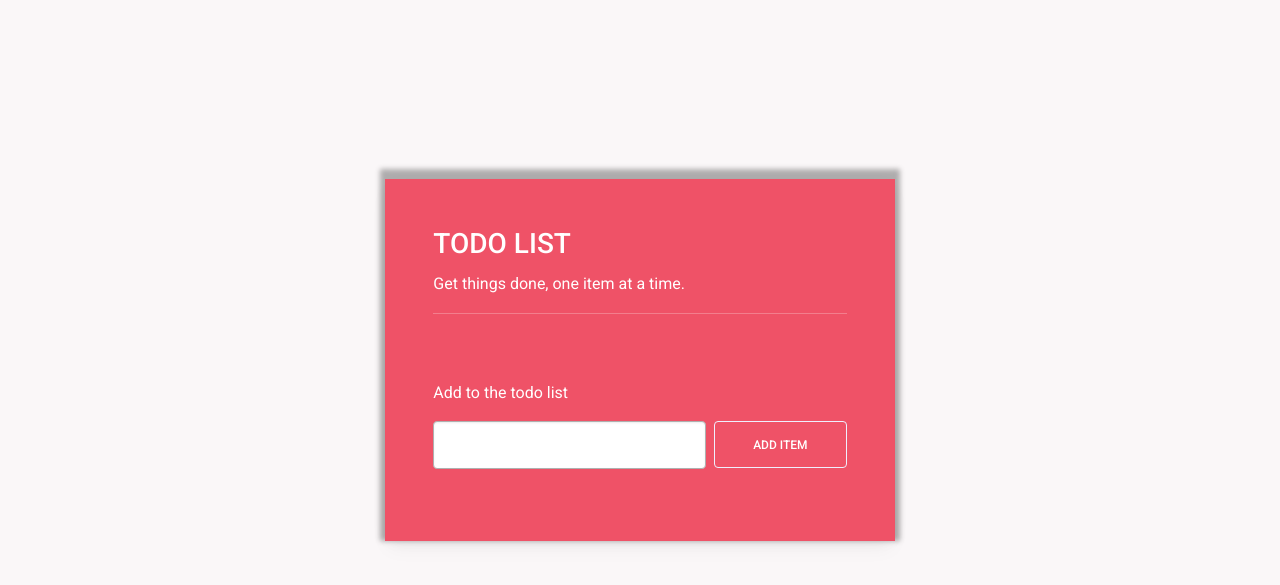
Repository: TinhTT336/MD02_HACKATHON01_HN_JV230620_BS_TranThiTinh_Basic
Page: /
The author's editor kept a copy of each file at every save. The page is drawn from the files as they stood at one save, then again after the next save.
The browser window is 1280 px wide. The pictures show the whole page.
Some web libraries are served in a nearby version. The project was rebuilt for these pictures with package versions that can differ from the ones it lists, and the page was loaded fresh each time. Also part of the build but not shown: vite.config.js, src/App.css.

Above is the page before, as saved 2023-09-05 11:55:24.

### index.html
<!DOCTYPE html>
<html lang="en">
  <head>
    <meta charset="UTF-8" />
    <link rel="icon" type="image/svg+xml" href="/vite.svg" />
    <meta name="viewport" content="width=device-width, initial-scale=1.0" />
    <title>Vite + React</title>
    <link
      href="https://cdnjs.cloudflare.com/ajax/libs/font-awesome/6.0.0/css/all.min.css"
      rel="stylesheet"
    />
    <link
      href="https://fonts.googleapis.com/css?family=Roboto:300,400,500,700&display=swap"
      rel="stylesheet"
    />
    <link
      href="https://cdnjs.cloudflare.com/ajax/libs/mdb-ui-kit/6.2.0/mdb.min.css"
      rel="stylesheet"
    />
  </head>
  <body>
    <div id="root"></div>
    <script type="module" src="/src/main.jsx"></script>
  </body>
</html>

### src/App.jsx
import { useState } from 'react'
import './App.css'
import TodoList from './TodoList/todoList'

function App() {
  const [count, setCount] = useState(0)

  return (
    <>
      <TodoList />
    </>
  )
}

export default App

### src/index.css
/* :root {
  font-family: Inter, system-ui, Avenir, Helvetica, Arial, sans-serif;
  line-height: 1.5;
  font-weight: 400;

  color-scheme: light dark;
  color: rgba(255, 255, 255, 0.87);
  background-color: #242424;

  font-synthesis: none;
  text-rendering: optimizeLegibility;
  -webkit-font-smoothing: antialiased;
  -moz-osx-font-smoothing: grayscale;
  -webkit-text-size-adjust: 100%;
}

a {
  font-weight: 500;
  color: #646cff;
  text-decoration: inherit;
}
a:hover {
  color: #535bf2;
}

body {
  margin: 0;
  display: flex;
  place-items: center;
  min-width: 320px;
  min-height: 100vh;
}

h1 {
  font-size: 3.2em;
  line-height: 1.1;
}

button {
  border-radius: 8px;
  border: 1px solid transparent;
  padding: 0.6em 1.2em;
  font-size: 1em;
  font-weight: 500;
  font-family: inherit;
  background-color: #1a1a1a;
  cursor: pointer;
  transition: border-color 0.25s;
}
button:hover {
  border-color: #646cff;
}
button:focus,
button:focus-visible {
  outline: 4px auto -webkit-focus-ring-color;
}

@media (prefers-color-scheme: light) {
  :root {
    color: #213547;
    background-color: #ffffff;
  }
  a:hover {
    color: #747bff;
  }
  button {
    background-color: #f9f9f9;
  }
} */
body {
  background-color: #faf7f8 !important;
}
.vh-100 {
  width: 50% !important;
  margin: 0 auto !important;
}
.card-body {
  background-color: #ef5267 !important;
  color: #fff !important;
  box-shadow: 0 -5px 5px 5px rgba(0, 0, 0, 0.3);
}
.form-control {
  background-color: #fff !important;
  padding: 10px !important;
  width: 100% !important;
}
.list-group-item {
  background-color: #e88c987f !important;
  color: #fff !important;
}
.fas,
.form-check-input {
  color: #fff !important;
}
.btn-info {
  background-color: #ef5267 !important;
  border: 1px solid #efeffe !important;
  width: 45% !important;
  box-shadow: none !important;
  padding: 13.6px !important;
}

### src/TodoList/todoList.jsx
import React, { useRef, useState } from 'react'

export default function TodoList() {
    const [input, setInput] = useState("");
    const [todos, setTodos] = useState(() => {
        const list = JSON.parse(localStorage.getItem("todos")) || [];
        return list;
    });
    const inputRef = useRef();
    const [idEdit, setIdEdit] = useState(null);
    // ham them submit
    const handleSubmit = (e) => {
        e.preventDefault();
        if (input !== "") {
            const newTodo = {
                id: Date.now(),
                title: input,
                status: false,
            }
            const newList = [...todos, newTodo];
            setTodos(newList);
            localStorage.setItem("todos", JSON.stringify(newList));
            setInput("");
            inputRef.current.focus();
        }
        if (idEdit) {
            const editTodo = todos.find(t => t.id === idEdit);
            const newList = todos.map(t => t.id === editTodo.id ? (t = { ...t, title: input }) : (t = { ...t }));
            setTodos(newList);
            localStorage.setItem("todos", JSON.stringify(newList));
            inputRef.current.focus();
            setIdEdit(null);
            return;
        }

    }
    // ham xoa
    const handleDelete = (id) => {
        const newList = todos.filter(t => t.id !== id);
        setTodos(newList);
        localStorage.setItem("todos", JSON.stringify(newList));
        inputRef.current.focus();
    }
    // ham sua
    const handleEdit = (id) => {
        const todoEdit = todos.find(t => t.id === id);
        setInput(todoEdit.title);
        setIdEdit(id);
        inputRef.current.focus();
    }
    // ham check
    const handleCheck = (id) => {
        const newList = todos.map(t => t.id === id ? (t = { ...t, status: !t.status }) : (t = { ...t }));
        setTodos(newList);
        localStorage.setItem("todos", JSON.stringify(newList));
        inputRef.current.focus();
    }
    return (
        <div>
            <section className="vh-100 gradient-custom">
                <div className="container py-5 h-100">
                    <div
                        className="row d-flex justify-content-center align-items-center
              h-100"
                    >
                        <div className="col col-xl-10">
                            <div className="card">
                                <div className="card-body p-5">
                                    <h3 style={{ marginBottom: 10 }}>
                                        TODO LIST
                                    </h3>
                                    <p>Get things done, one item at a time.</p>
                                    <hr></hr>
                                    {/* Tabs content */}
                                    <div className="tab-content">
                                        <div className="tab-pane fade show active">
                                            <ul className="list-group mb-0">
                                                {todos.map(t => (
                                                    <li key={t.id}
                                                        className="list-group-item d-flex
                                          align-items-center border-0 mb-2
                                          rounded justify-content-between"
                                                        style={{ backgroundColor: "#f4f6f7" }}
                                                    >
                                                        {t.status === true ? (<s>{t.title}</s>) : (<span>{t.title}</span>)}
                                                        <div>
                                                            <input
                                                                className="form-check-input me-2"
                                                                type="checkbox" checked={t.status === true} onChange={() => handleCheck(t.id)}
                                                            />
                                                            <a className="text-info" title="Sửa công việc" onClick={() => handleEdit(t.id)}>
                                                                <i
                                                                    className="fas
                                                      fa-pencil-alt
                                                      me-3"
                                                                />
                                                            </a>
                                                            <a onClick={() => handleDelete(t.id)}
                                                                className="text-danger"
                                                                title="Xóa công việc"
                                                            >
                                                                <i
                                                                    className="fas
                                                      fa-trash-alt"
                                                                />
                                                            </a>
                                                        </div>
                                                    </li>
                                                ))}
                                            </ul>
                                            <div className="tab-content">
                                                <p style={{ marginTop: 50 }}>Add to the todo list</p>
                                                <form onSubmit={handleSubmit}
                                                    className="d-flex justify-content-center
                              align-items-center mb-4"
                                                >
                                                    <div className="form-outline flex-fill">
                                                        <input type="text" id="form2" className="form-control" style={{ border: "1px solid #afafaf" }} value={input} onChange={(e) => setInput(e.target.value)} ref={inputRef} />
                                                        {/* <label className="form-label" htmlFor="form2">
                                                            ADD ITEM
                                                        </label> */}
                                                    </div>
                                                    <button
                                                        type="submit"
                                                        className="btn btn-info
                                  ms-2"
                                                    >
                                                        ADD ITEM
                                                    </button>
                                                </form>
                                            </div>
                                        </div>
                                    </div>
                                    {/* Tabs content */}
                                </div>
                            </div>
                        </div>
                    </div>
                </div>
            </section >

        </div >
    )
}

Loaded but not shown: src/main.jsx (common file)

After the next save:
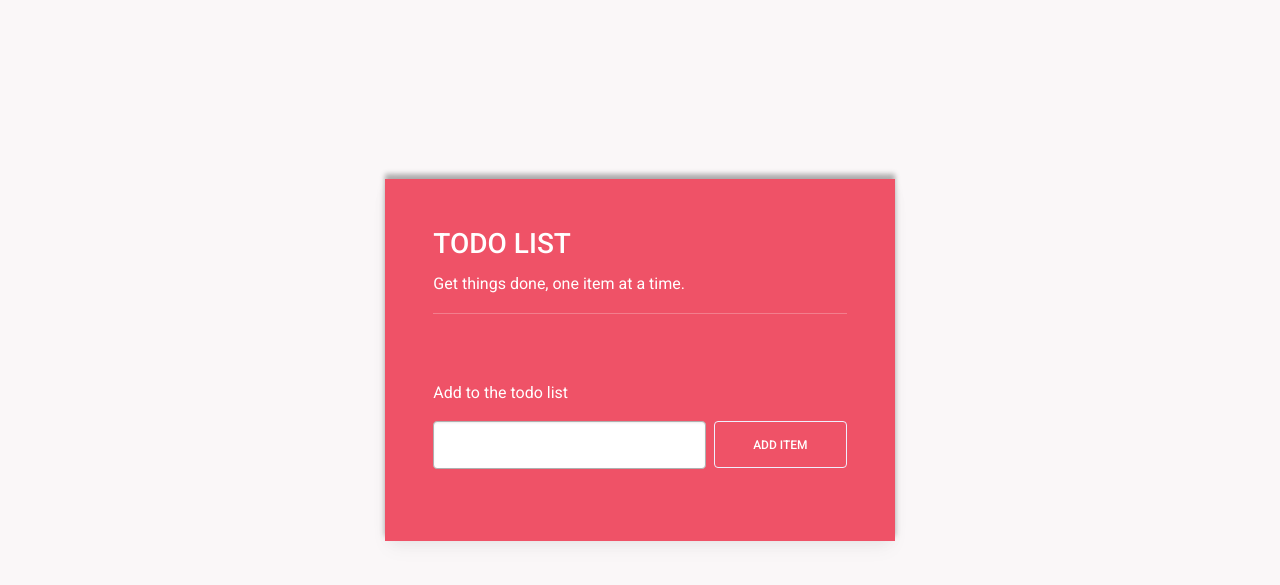
Saved 12 s later.
--- a/src/index.css
+++ b/src/index.css
@@ -77,7 +77,7 @@
 .card-body {
   background-color: #ef5267 !important;
   color: #fff !important;
-  box-shadow: 0 -5px 5px 5px rgba(0, 0, 0, 0.3);
+  box-shadow: 0px -5px 5px 0px rgba(0, 0, 0, 0.3);
 }
 .form-control {
   background-color: #fff !important;

After the save that followed:
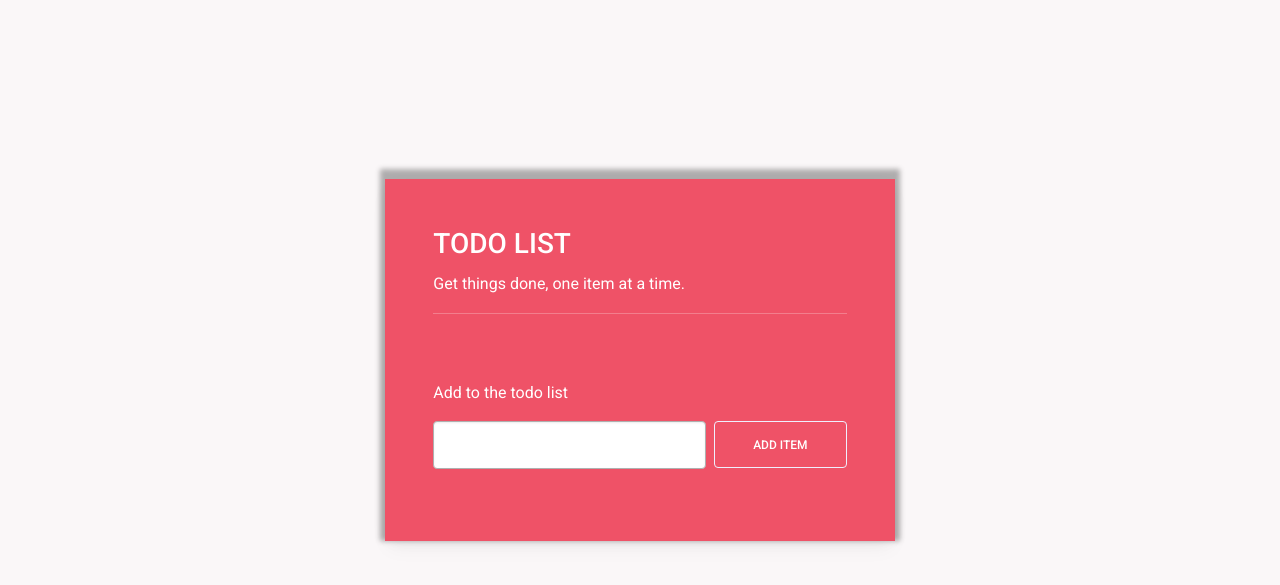
Saved 6 s later.
--- a/src/index.css
+++ b/src/index.css
@@ -77,7 +77,7 @@
 .card-body {
   background-color: #ef5267 !important;
   color: #fff !important;
-  box-shadow: 0px -5px 5px 0px rgba(0, 0, 0, 0.3);
+  box-shadow: 0px -5px 5px 5px rgba(0, 0, 0, 0.3);
 }
 .form-control {
   background-color: #fff !important;
